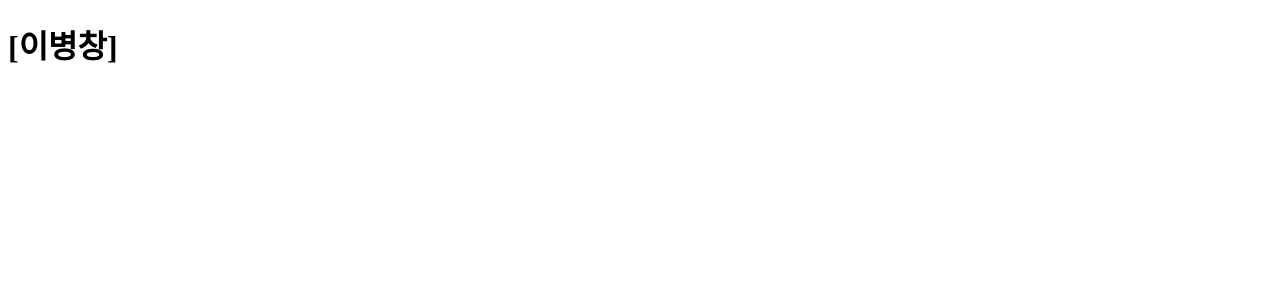
Repository: BC215/web-workspace
Page: 01_dynamicproject/src/main/webapp/index.html
These files come from the project's save history. The page is drawn as it stood at one moment and after the next save; the edit follows.
The browser window is 1280 px wide. The pictures show the whole page.

Above is the page before, as saved 2026-02-12 02:05:48.

After the next save:
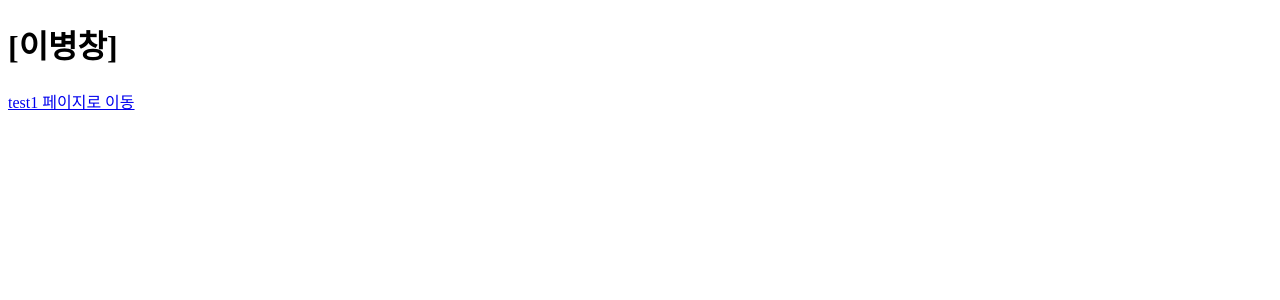
Saved 7 min 39 s later.
--- a/01_dynamicproject/src/main/webapp/index.html
+++ b/01_dynamicproject/src/main/webapp/index.html
@@ -6,6 +6,7 @@
 </head>
 <body>
 <h1>[이병창]</h1>
+<a href="html/test1.html">test1 페이지로 이동</a><br>
 
 </body>
 </html>
